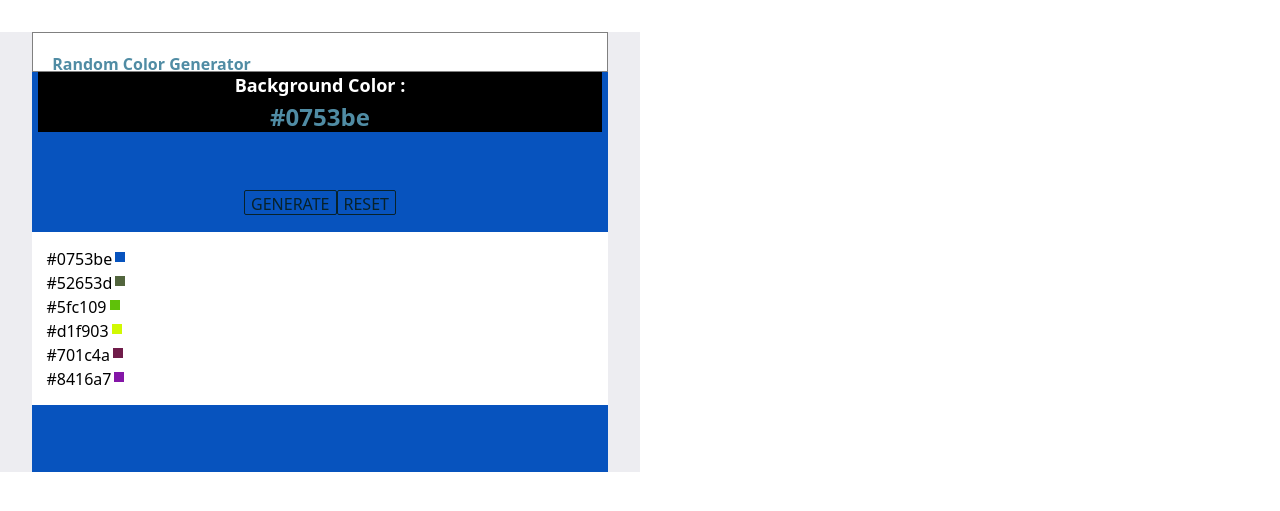
Repository: Sarah7223/internet-programming-tp
Page: TP4/TP04.4.html
The author's editor kept a copy of each file at every save. The page is drawn from the files as they stood at one save, then again after the next save.
The browser window is 1280 px wide. The pictures show the whole page.

Above is the page before, as saved 2023-02-03 10:01:12.

### TP4/TP04.4.html
<!DOCTYPE html>
    <head>
        <style>
            .background1{
                position: flex;
                width: 50%;
                height: 100%;
                align-items: center;
                justify-content: center;
                flex-direction: column;
                background-color: #ededf1;
            }
           .container1{
                position: flex;
                width: 50%;
                height: fit-content;
                align-items: center;
                justify-content: center;
                flex-direction: column;
                border: solid black 5px;
                background-color: #ededf1;
                margin-top: 20px;
            }
            .title{
                margin-bottom: 0;
                margin-left: 5%;
                margin-right: 5%;
                margin-top: 5%;
                color: #508CA4;
                width: -webkit-fill-available;
                height: 15px;
                border: solid grey 1px;
                background-color: #FFFFFF;
                padding: 3%;
                font-weight: bold;
            }
            #menu-container{
                height: 400px;
                width: -webkit-fill-available;
                margin-bottom: 5%;
                margin-left: 5%;
                margin-right: 5%;
                margin-top: 0;
            }
            .main-text{
                background-color: black;
                width: -webkit-fill-available;
                height: 60px;
                margin-bottom: 10%;
                margin-left: 1%;
                margin-right: 1%;
            }
            .back-color{
                color: #FFFFFF;
                font-weight: bold;
                font-size: large;
                text-align: center;
            }
            #color{
                color:#508CA4;
                font-weight: bold;
                font-size: x-large;
                text-align: center;
            }
            .buttons{
                display:flex;
                justify-content: center;
                margin-bottom: 3%;
            }
            .button{
                text-align: center;
                color: #08222a;
                border: solid #08222a 1px;
                border-radius: 2px;
                height: 25px;
            }
            .button:hover{
                background-color: #000000;
                color: #FFFFFF;
            }
            #list-color{
                background-color: #FFFFFF;
                color: #000000;
                height: fit-content;
                width:-webkit-fill-available;
                padding: 2.5%;
            }
            .item{
                display: flex;
            }
        </style>
        <link href="https://cdn.jsdelivr.net/npm/bootstrap@5.3.0-alpha1/dist/css/bootstrap.min.css" rel="stylesheet" integrity="sha384-GLhlTQ8iRABdZLl6O3oVMWSktQOp6b7In1Zl3/Jr59b6EGGoI1aFkw7cmDA6j6gD" crossorigin="anonymous">
    </head>

    <body>
        <div class="background1">
            <div class="rectangle">
            <div class="title">Random Color Generator</div>
            <div id="menu-container">
                <div class="main-text">
                    <div class="back-color">Background Color :</div>
                    <div id="color"></div>
                </div>
                <div class="buttons">
                    <button class="button" id="generate">GENERATE</button>
                    <button class="button" id="reset">RESET</button>
                </div>
                <div id="list-color">hello</div>
            </div>
        </div>

        <script src="https://cdn.jsdelivr.net/npm/bootstrap@5.3.0-alpha1/dist/js/bootstrap.bundle.min.js" integrity="sha384-w76AqPfDkMBDXo30jS1Sgez6pr3x5MlQ1ZAGC+nuZB+EYdgRZgiwxhTBTkF7CXvN" crossorigin="anonymous"></script>
        <script>
            class Color {
            colorType = ''
            records = []

            constructor(type,rec) {
                this.colorType = type;
                this.records = rec;
            }
            generate(){
                this.reset();
                for(let i=0;i<6;i++){
                var hex = c.getRandomNumber().toString(16);
                while (hex.length < 6) {
                    hex = "0" + hex;
                }
                this.records.push(hex);
                }
                this.colorType="#"+this.records[0];
                localStorage.setItem("records", JSON.stringify({values:this.records}))
            }

            getRandomNumber(){
                return Math.floor(Math.random()*16777215)
            }

            getRecords(){
                return this.records;
            }

            reset(){
                this.colorType = '';
                this.records = [];
                localStorage.removeItem("records");
            }
           }
           if(localStorage.getItem("records")===null){
                var c = new Color();
                c.generate();
           }else{
            let rec = JSON.parse(localStorage.getItem("records"))
                var c = new Color("#"+rec.values[0],rec.values);
           }
           document.getElementById("generate").addEventListener("click",e =>{
                c.generate();
                console.log(c.getRecords());
                console.log(c.colorType);
                document.getElementById("color").innerHTML=c.colorType;
                document.getElementById("menu-container").style.backgroundColor=c.colorType;
                document.getElementById("generate").style.backgroundColor=c.colorType;
                document.getElementById("reset").style.backgroundColor=c.colorType;
                var listHtml="";
                c.getRecords().forEach(elt=>{
                listHtml+=`<div class="item" id=${elt}>
                        <span>#${elt}</span>
                        <span style="background-color:#${elt};width:10px;height:10px;margin-left: 3px;margin-top: 5px;"></span>
                    </div>`
                });
                document.getElementById("list-color").innerHTML=listHtml;
                c.getRecords().forEach(elt=>{
                document.getElementById(elt).addEventListener("click",e=>{
                    console.log(elt);
                    c.colorType = "#"+elt;
                    document.getElementById("color").innerHTML=c.colorType;
                    document.getElementById("menu-container").style.backgroundColor=c.colorType;
                    document.getElementById("generate").style.backgroundColor=c.colorType;
                    document.getElementById("reset").style.backgroundColor=c.colorType;
                });
           });
           });
           document.getElementById("reset").addEventListener("click",e=>{
                c.reset();
                console.log("rec",c.getRecords());
                console.log(c.colorType);
                document.getElementById("color").innerHTML=c.colorType;
                document.getElementById("menu-container").style.backgroundColor=c.colorType;
                document.getElementById("generate").style.backgroundColor=c.colorType;
                document.getElementById("reset").style.backgroundColor=c.colorType;
                var listHtml="";
                document.getElementById("list-color").innerHTML=listHtml;
                localStorage.removeItem("records");
           });
           console.log(c.getRecords());
           console.log(c.colorType);
           document.getElementById("color").innerHTML=c.colorType;
           document.getElementById("menu-container").style.backgroundColor=c.colorType;
           document.getElementById("generate").style.backgroundColor=c.colorType;
           document.getElementById("reset").style.backgroundColor=c.colorType;
           var listHtml="";
           c.getRecords().forEach(elt=>{
                listHtml+=`<div class="item" id=${elt}>
                        <span>#${elt}</span>
                        <span style="background-color:#${elt};width:10px;height:10px;margin-left: 3px;margin-top: 5px;"></span>
                    </div>`
           });
           document.getElementById("list-color").innerHTML=listHtml;
           c.getRecords().forEach(elt=>{
            document.getElementById(elt).addEventListener("click",e=>{
                    console.log(elt);
                    c.colorType = "#"+elt;
                    document.getElementById("color").innerHTML=c.colorType;
                    document.getElementById("menu-container").style.backgroundColor=c.colorType;
                    document.getElementById("generate").style.backgroundColor=c.colorType;
                    document.getElementById("reset").style.backgroundColor=c.colorType;
                });
           });
        </script>

    </body>
</html

After the next save:
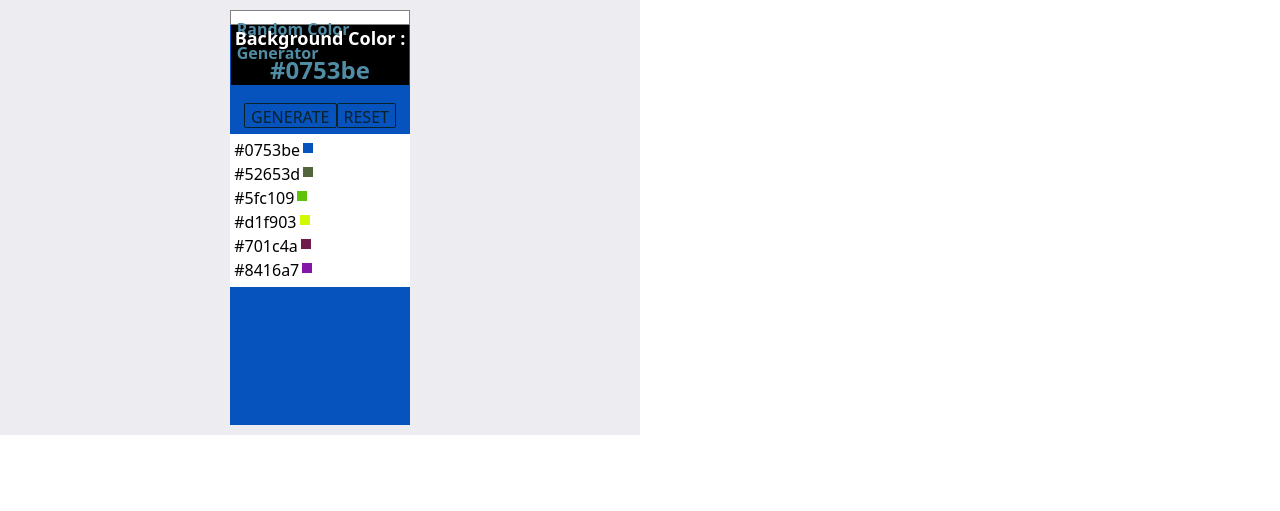
Saved 27 s later.
--- a/TP4/TP04.4.html
+++ b/TP4/TP04.4.html
@@ -2,7 +2,7 @@
     <head>
         <style>
             .background1{
-                position: flex;
+                display: flex;
                 width: 50%;
                 height: 100%;
                 align-items: center;
@@ -11,7 +11,7 @@
                 background-color: #ededf1;
             }
            .container1{
-                position: flex;
+                display: flex;
                 width: 50%;
                 height: fit-content;
                 align-items: center;
